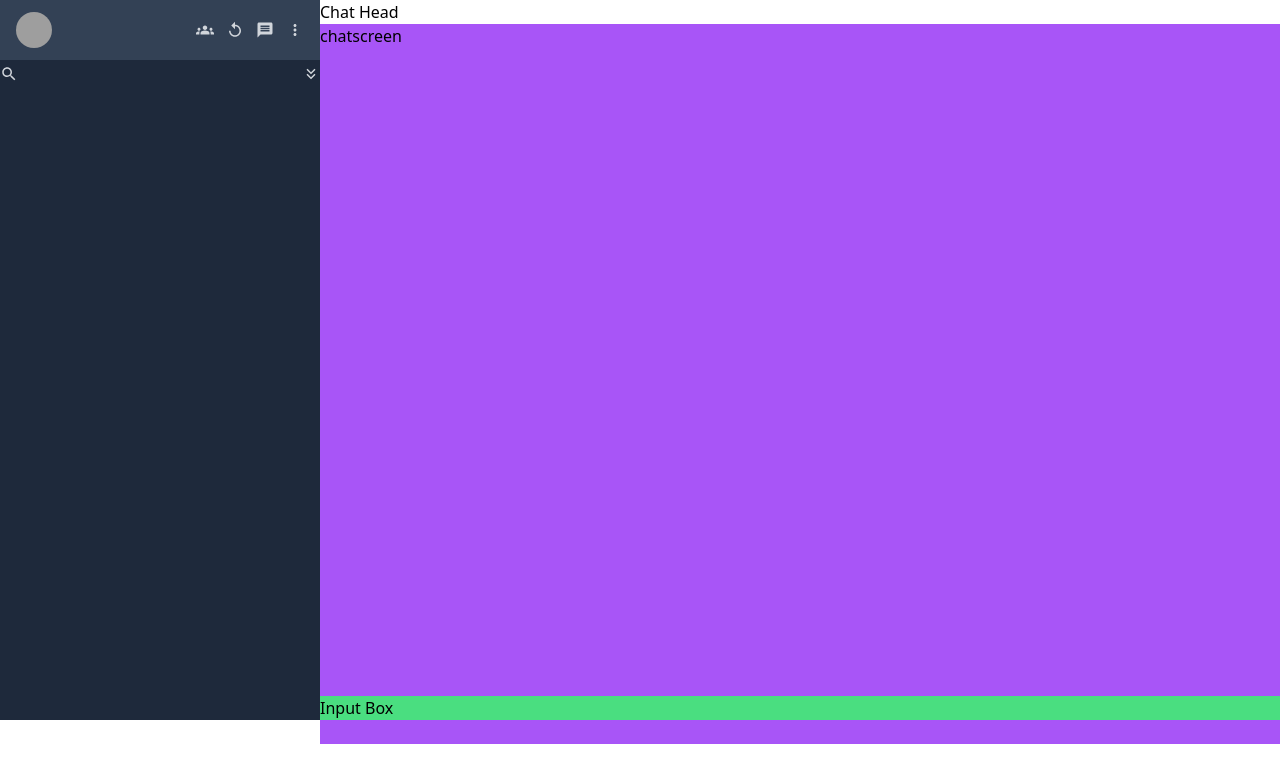
Repository: theanmol-raj/whatsapp
Page: /
An editor plug-in stored every save of this project. The page is shown before and after the next save, followed by the edit.
The browser window is 1280 px wide. The pictures show the whole page.
Pictures or frames that could not be fetched are drawn as grey boxes. The project was rebuilt for these pictures with package versions that can differ from the ones it lists, and the page was loaded fresh each time.

Above is the page before, as saved 2022-12-03 21:51:45.

### src/index.js
import React from 'react';
import ReactDOM from 'react-dom/client';
import './index.css';
import App from './App';






const root = ReactDOM.createRoot(document.getElementById('root'));

root.render(
  <App />
);

### src/App.js
import Homescreen from "./Screens/Homescreen";

function App() {

  return (
    <div className="h-screen w-screen bg-slate-900">
      <Homescreen />
      {/* LoginScreen */}
    </div>
  );
}

export default App;

### src/Screens/Homescreen.jsx
import React from 'react'
import ChatScreen from '../Components/ChatScreen'
import ContactList from '../Components/ContactList'

function Homescreen() {
  return (
    <div className=' w-full max-w-[95rem] grid grid-cols-4 h-screen bg-red-500 mx-auto'>
        {/* Contact List */}
            <ContactList />
        {/* Message Box */}
            <ChatScreen />

    </div>
  )
}

export default Homescreen

### src/Components/ChatScreen.jsx
import React from 'react'

function ChatScreen() {
  return (
    <div className=' bg-yellow-400 col-span-3 relative'>
        <div className=' w-full bg-white sticky top-0'>
                Chat Head
        </div>
        <div className=' h-full bg-purple-500'>
                chatscreen
        </div>
        <div className=' w-full sticky bottom-0 bg-green-400'>
                Input Box
        </div>
    </div>
  )
}

export default ChatScreen

### src/Components/ContactList.jsx
import React from 'react'
import GroupsIcon from '@mui/icons-material/Groups';
import ReplayIcon from '@mui/icons-material/Replay';
import MessageIcon from '@mui/icons-material/Message';
import MoreVertIcon from '@mui/icons-material/MoreVert';
import KeyboardDoubleArrowDownIcon from '@mui/icons-material/KeyboardDoubleArrowDown';
import SearchIcon from '@mui/icons-material/Search';


function ContactList() {
  return (
    <div className=' bg-slate-800'>
      <div className=' flex justify-between items-center p-3 px-4 bg-slate-700'>
        <img className=' rounded-full h-9 w-9' alt='' src="https://pps.whatsapp.net/v/t61.24694-24/158723607_419193396439292_5955373819812020282_n.jpg?stp=dst-jpg_s96x96&ccb=11-4&oh=01_AdRKjHR9ktMhs2HrAksQulr5trvWOTtpB53hlyDh0ZECbw&oe=63986EC2" />
        <div className=' flex text-gray-300 text-lg space-x-3'>
          <GroupsIcon fontSize='inherit' />
          <ReplayIcon fontSize='inherit' />
          <MessageIcon fontSize='inherit' />
          <MoreVertIcon fontSize='inherit' />
        </div>

      </div>
      <div className=' flex items-center text-gray-300 text-lg'>
        <div className='flex items-center w-full'>
          <SearchIcon fontSize='inherit' />
          <input className=' bg-transparent w-full' />
        </div>
        <KeyboardDoubleArrowDownIcon fontSize='inherit' />

      </div>

    </div>
  )
}

export default ContactList

Loaded but not shown: public/index.html (common file); src/index.css (common file); tailwind.config.js (common file)

After the next save:
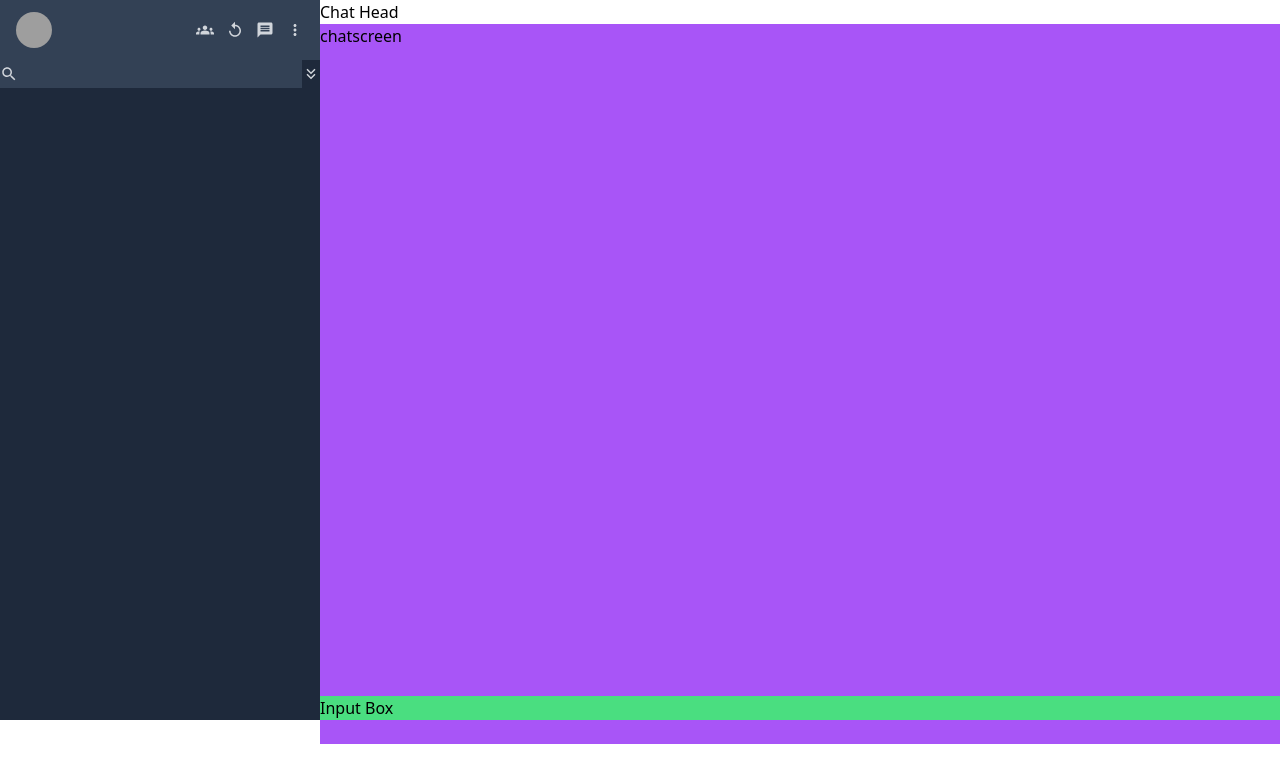
Saved 19 s later.
--- a/src/Components/ContactList.jsx
+++ b/src/Components/ContactList.jsx
@@ -21,7 +21,7 @@ function ContactList() {
 
       </div>
       <div className=' flex items-center text-gray-300 text-lg'>
-        <div className='flex items-center w-full'>
+        <div className='flex items-center w-full bg-slate-700'>
           <SearchIcon fontSize='inherit' />
           <input className=' bg-transparent w-full' />
         </div>
